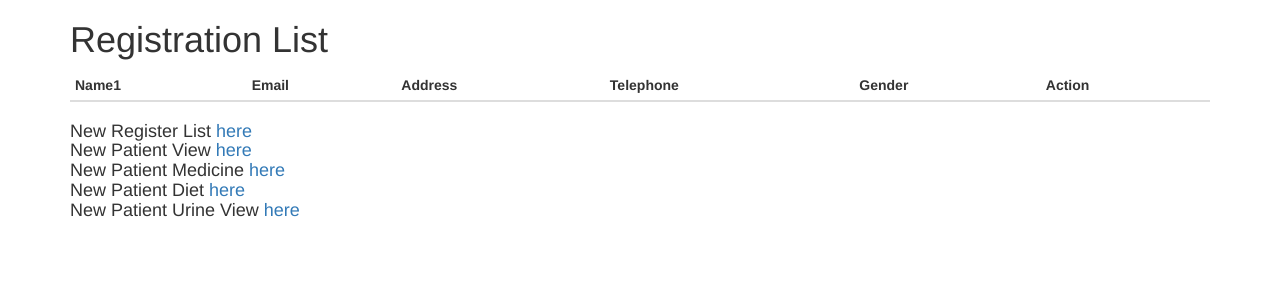
Repository: SACHINnANYAKKARA/2nd_Year_final_Project
Page: http://localhost/SpringMVCHibernateCRUD/WEB-INF/pages/home.jsp
These files come from the project's save history. The page is drawn as it stood at one moment and after the next save; the edit follows.
The browser window is 1280 px wide. The pictures show the whole page.
The page is served by Tomcat 9. Nobody is signed in. Other server files are loaded and not shown. The template is opened directly, without the code that normally fills it, so the values that code supplies are empty.

Above is the page before, as saved 2018-03-30 13:29:09.

### SpringMVCHibernateCRUD/src/main/webapp/WEB-INF/pages/home.jsp
<%@page contentType="text/html" pageEncoding="UTF-8"%>
<!DOCTYPE HTML PUBLIC "-//W3C//DTD HTML 4.01 Transitional//EN"
   "http://www.w3.org/TR/html4/loose.dtd">
<%@ taglib uri="http://java.sun.com/jsp/jstl/core" prefix="c" %>

<html>
<head>
<meta http-equiv="Content-Type" content="text/html; charset=UTF-8">
<meta charset="utf-8">
  <meta name="viewport" content="width=device-width, initial-scale=1">
  <link rel="stylesheet" href="https://maxcdn.bootstrapcdn.com/bootstrap/3.3.7/css/bootstrap.min.css">
  <script src="https://ajax.googleapis.com/ajax/libs/jquery/3.3.1/jquery.min.js"></script>
  <script src="https://maxcdn.bootstrapcdn.com/bootstrap/3.3.7/js/bootstrap.min.js"></script>
<title>Employee Management Screen</title>
</head>
<body>
	<div class="container">
		<h1>Registration List</h1>

		 <table class="table table-condensed">
    <thead>
          <tr>
			<th>Name1</th>
			<th>Email</th>
			<th>Address</th>
			<th>Telephone</th>
			<th>Gender</th>
			<th>Action</th>
           </tr>
          </thead>

           <tbody>
			<c:forEach var="stock" items="${listStock}">
				<tr>

					<td>${stock.full_name}</td>
					<td>${stock.email}</td>
					<td>${stock.address}</td>
					<td>${stock.telephone}</td>
					<td>${stock.gender}</td>
					<td><a href="editStock?ids=${stock.ids}">Edit</a>
						 <a
						href="deleteStock?ids=${stock.ids}">Delete</a></td>

				</tr>
			</c:forEach>
             </tbody>
		</table>
		<h4>
			New Register List <a href="newStock">here</a>
			</br>
			New Patient View <a href="PatientsView">here</a>
		    </br>
		    New Patient Medicine <a href="PatientsMedicines">here</a>
		   <br>

		    New Patient Diet <a href="DietView">here</a>
		   <br>
		    New Patient Urine View <a href="UrineView">here</a>


		</h4>
	</div>
</body>
</html>

After the next save:
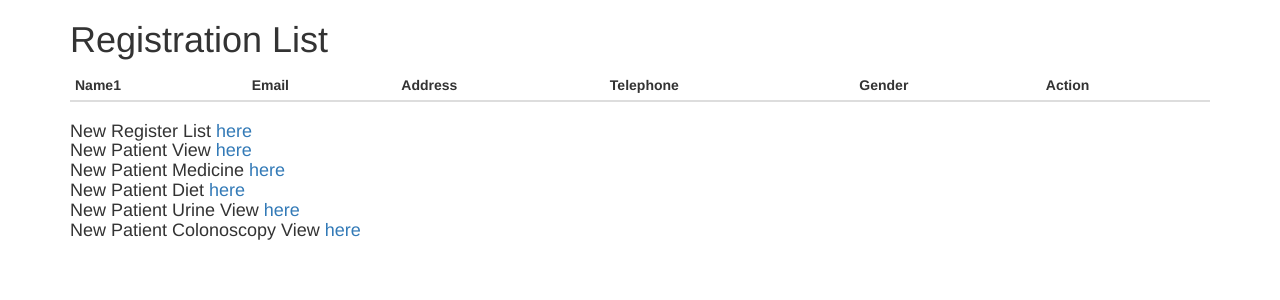
Saved 9 s later.
--- a/SpringMVCHibernateCRUD/src/main/webapp/WEB-INF/pages/home.jsp
+++ b/SpringMVCHibernateCRUD/src/main/webapp/WEB-INF/pages/home.jsp
@@ -53,10 +53,12 @@
 		    </br>
 		    New Patient Medicine <a href="PatientsMedicines">here</a>
 		   <br>
-
-		    New Patient Diet <a href="DietView">here</a>
+		   New Patient Diet <a href="DietView">here</a>
 		   <br>
 		    New Patient Urine View <a href="UrineView">here</a>
+			<br>
+			 New Patient Colonoscopy  View <a href="ColonoscopyView">here</a>
+
 
 
 		</h4>
